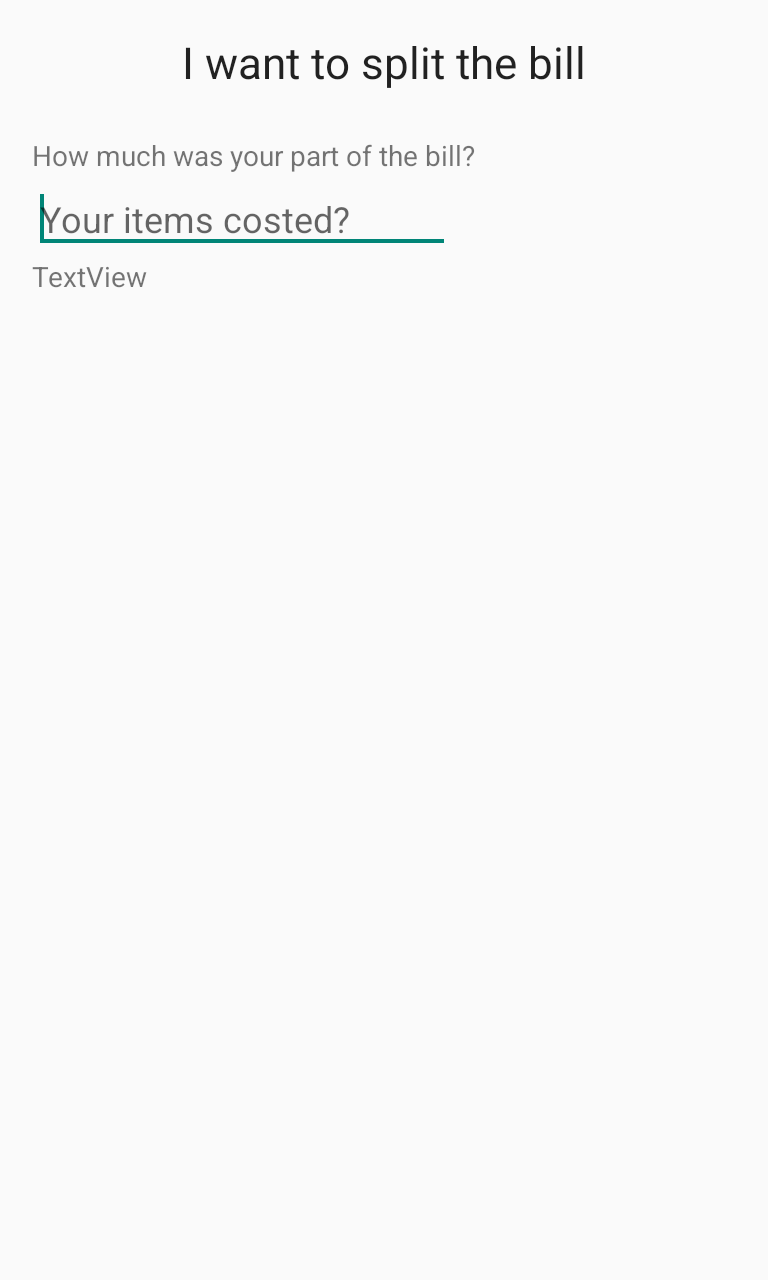
Repository: any027/BillHelper
Layout: BillHelper/res/layout/split_bill.xml
An editor plug-in stored every save of this project. The layout is shown before and after the next save, followed by the edit.
It is drawn on a 768 x 1280 px phone screen (xhdpi) without system bars, with theme AppTheme; the app's code is not run.

Above is the layout before, as saved 2015-07-04 03:41:50.

After the next save:
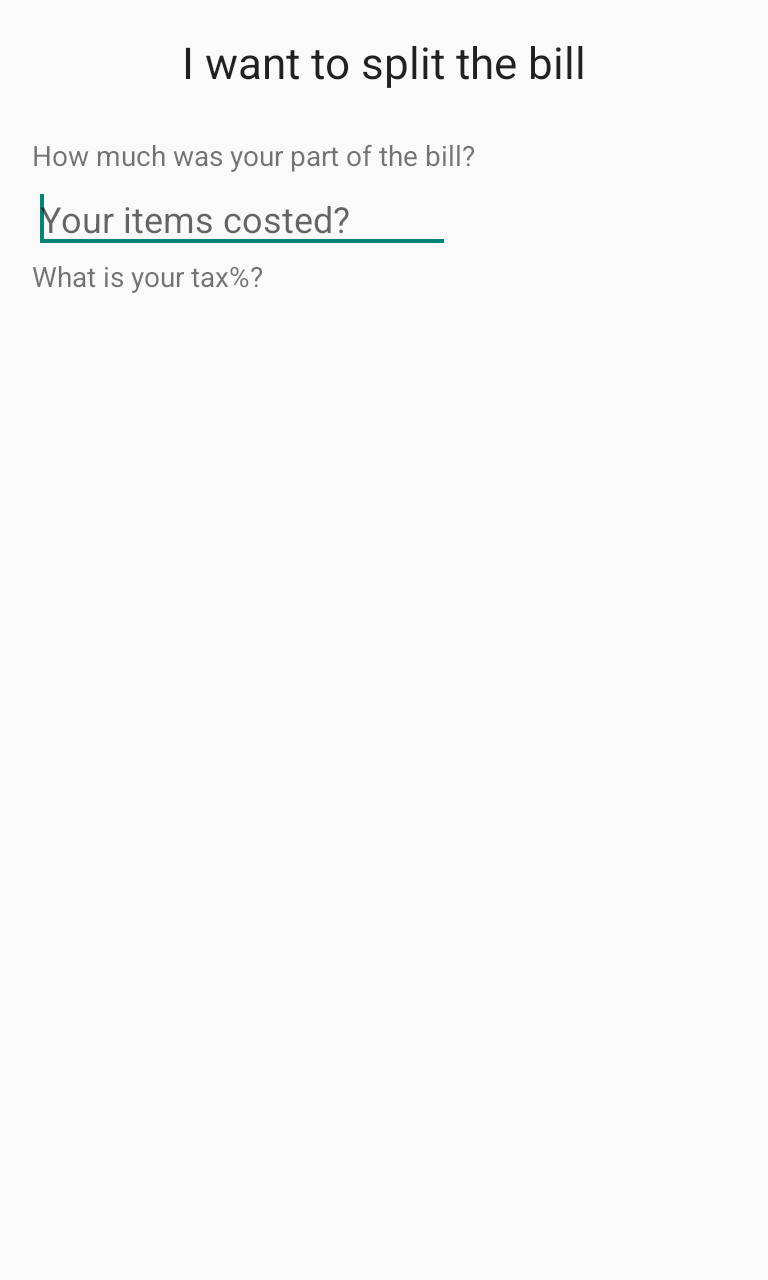
Saved 20 s later.
--- a/BillHelper/res/layout/split_bill.xml
+++ b/BillHelper/res/layout/split_bill.xml
@@ -50,6 +50,6 @@
         android:layout_height="wrap_content"
         android:layout_alignLeft="@+id/myPartOfBillEdit"
         android:layout_below="@+id/myPartOfBillEdit"
-        android:text="TextView" />
+        android:text="@string/tax" />
 
 </RelativeLayout>
